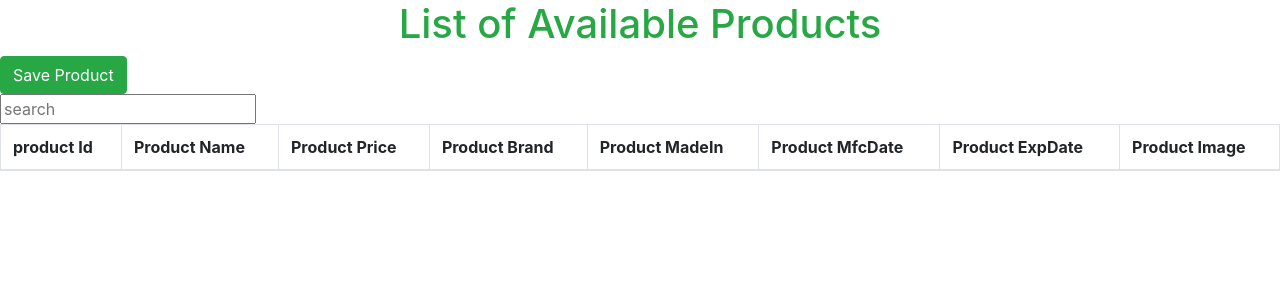
Repository: VeeramreddySwathi/advance-java
Page: http://localhost/mainproject1/productlist.jsp
An editor plug-in stored every save of this project. The page is shown before and after the next save, followed by the edit.
The browser window is 1280 px wide. The pictures show the whole page.
The page is served by Tomcat 9. Other server files are loaded and not shown. Queries for data that is not in the repository find no rows.

Above is the page before, as saved 2024-03-13 03:04:17.

### mainproject1/src/main/webapp/productlist.jsp
<%@page import="com.sathya.servlet.ProductDao1" import="java.util.Base64"%>
<%@page language="java" contentType="text/html"%>
<%@taglib uri="http://java.sun.com/jsp/jstl/core" prefix="c"%>

<html>
<head>
<title>Product List</title>
<!--  BootStrap CDN Link to Get the Support of BootStrap -->
	<link rel="stylesheet"  href="https://stackpath.bootstrapcdn.com/bootstrap/4.3.1/css/bootstrap.min.css"></link>
</head>

<body>
<div class="text-center md-1 text-success">
 <h1>List of Available Products</h1>
</div>
<div>
<a href="add-product.html" class="btn btn-success">Save Product</a>
</div>
<div>
 <input type="text" placeholder="search"/>
</div>
<div>
 <c:if test="${saveResult==1}">
 <h1 class="text-danger  text-center">Data Inserted successfully...</h1>
 </c:if>
</div>
	<table class="table table-bordered table-stripped">
	<thead class="thread-dark">
	<tr>
	<th>product Id</th>
		<th>Product Name</th>
		<th>Product Price</th>
		<th>Product Brand</th>
		<th>Product MadeIn</th>
		<th>Product MfcDate</th>
		<th>Product ExpDate</th>
		<th>Product Image</th>
	</tr>
</thead>
<tbody>
 <c:forEach  var="product" items="<%=new ProductDao1().findAll()%>" >
 <tr>
	<td>${product.pid}</td>
	<td>${product.proname}</td>
	<td>${product.proprice}</td>
	<td>${product.probrand}</td>
	<td>${product.promadein}</td>
	<td>${product.promnfdate}</td>
	<td>${product.proexpdate}</td>
	<td><img src="data:[embedded picture, 78 characters]" alt="ProductImage" style="max-width:100px; max-height:100px;"> </td>
	</tr>
	</c:forEach>
</tbody>
	</table>
</body>
</html>

### mainproject1/src/main/java/com/sathya/servlet/ProductDao1.java
package com.sathya.servlet;
import java.sql.*;
import java.util.*;
public class ProductDao1 {

	public int save(product product)
	{
       Connection connection=null;
       PreparedStatement preparedstatement=null;
       int res=0;
       try
       {
    	   connection=DBConnection.createconnection();
    	   preparedstatement=connection.prepareStatement("insert into product values(?,?,?,?,?,?,?,?)");
    	   preparedstatement.setString(1,product.getPid());
    	   preparedstatement.setString(2,product.getProname());
    	   preparedstatement.setDouble(3,product.getProprice());
    	   preparedstatement.setString(4,product.getProbrand());
    	   preparedstatement.setString(5,product.getPromadein());
    	   preparedstatement.setDate(6,product.getPromnfdate());
    	   preparedstatement.setDate(7,product.getProexpdate());
    	   preparedstatement.setBytes(8,product.getProImage());
    	   res=preparedstatement.executeUpdate();

       }
       catch(SQLException e)
       {
    	   e.printStackTrace();
       }
       finally
       {
    	   if(connection!=null)
			try {
				connection.close();
			} catch (SQLException e) {
				// TODO Auto-generated catch block
				e.printStackTrace();
			}
    	   if(preparedstatement!=null)
			try {
				preparedstatement.close();
			} catch (SQLException e) {
				// TODO Auto-generated catch block
				e.printStackTrace();
			}
       }
	return res;

	}
	public List<product> findAll()
	{
		List<product> prd=new ArrayList<product>();
		try(Connection connection=DBConnection.createconnection();Statement statement=connection.createStatement())
				{
					ResultSet resultset=statement.executeQuery("select * from product");
					while(resultset.next())
					{
						product product=new product();
						product.setPid(resultset.getString(1));
						product.setProname(resultset.getString(2));
						product.setProprice(resultset.getDouble(3));
						product.setProbrand(resultset.getString(4));
						product.setPromadein(resultset.getString(5));
						product.setPromnfdate(resultset.getDate(6));
						product.setProexpdate(resultset.getDate(7));
						product.setProImage(resultset.getBytes(8));
						prd.add(product);
					}
				}
		     catch(SQLException s)
		{
		    	 s.printStackTrace();
		}
		return prd;
	}

}

### mainproject1/src/main/java/com/sathya/servlet/DBConnection.java
package com.sathya.servlet;
import java.sql.Connection;
import java.sql.DriverManager;
import java.sql.SQLException;
public class DBConnection {





			public static Connection createconnection()
			  {
				  Connection connection=null;
				  try
				  {
					  Class.forName("oracle.jdbc.driver.OracleDriver");
					  connection=DriverManager.getConnection("jdbc:oracle:thin:@localhost:1521:xe","swathi","chinnu");
				  }
				  catch(ClassNotFoundException|SQLException e)
				  {
					  ((Throwable) e).printStackTrace();
				  }
				  return connection;
		}
		}

After the next save:
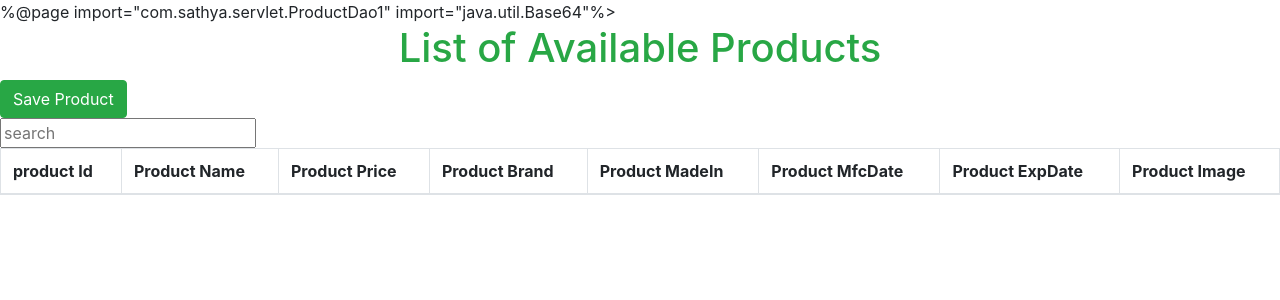
Saved 4 min 28 s later.
--- a/mainproject1/src/main/webapp/productlist.jsp
+++ b/mainproject1/src/main/webapp/productlist.jsp
@@ -1,4 +1,6 @@
 <%@page import="com.sathya.servlet.ProductDao1" import="java.util.Base64"%>
+%@page import="com.sathya.servlet.ProductDao1" import="java.util.Base64"%>
+
 <%@page language="java" contentType="text/html"%>
 <%@taglib uri="http://java.sun.com/jsp/jstl/core" prefix="c"%>
 
